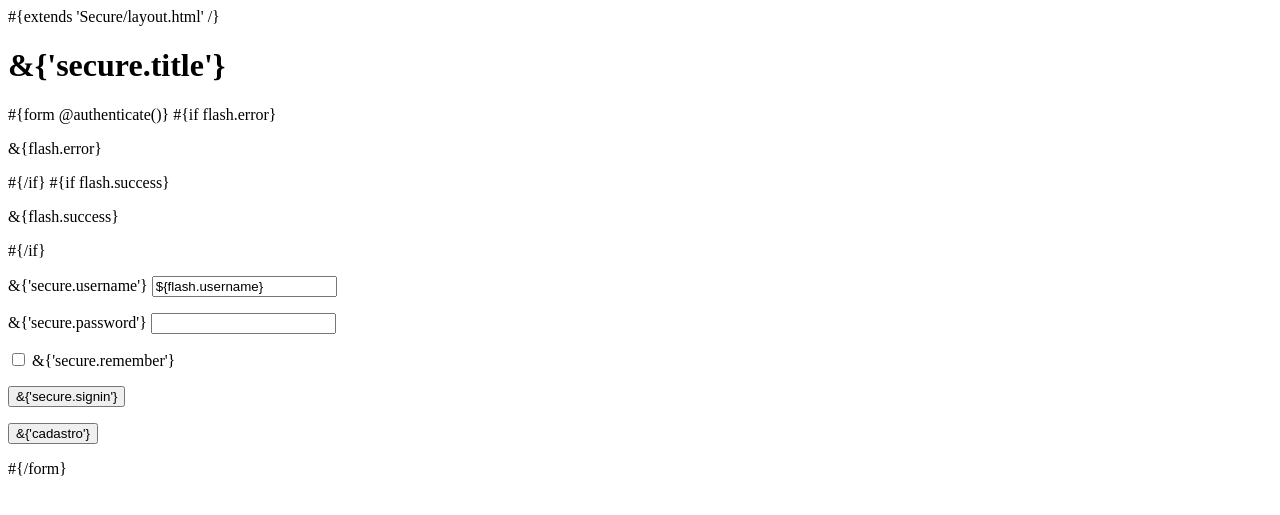
Repository: danilofonte/playframework-tutorial
Page: controleAcesso/eclipse/classes/views/Secure/login.html
The author's editor kept a copy of each file at every save. The page is drawn from the files as they stood at one save, then again after the next save.
The browser window is 1280 px wide. The pictures show the whole page.

Above is the page before, as saved 2014-02-05 15:56:03.

### controleAcesso/eclipse/classes/views/Secure/login.html
#{extends 'Secure/layout.html' /}

<div id="login">

	<h1>&{'secure.title'}</h1>

	#{form @authenticate()}

		#{if flash.error}
			<p class="error">
				&{flash.error}
			</p>
		#{/if}
		#{if flash.success}
			<p class="success">
				&{flash.success}
			</p>
		#{/if}

		<p id="username-field">
			<label for="username">&{'secure.username'}</label>
			<input type="text" name="user.email" id="username" value="${flash.username}" />
		</p>
		<p id="password-field">
			<label for="password">&{'secure.password'}</label>
			<input type="password" name="user.password" id="password" value="" />
		</p>
		<p id="remember-field">
			<input type="checkbox" name="remember" id="remember" value="true" ${flash.remember ? 'checked="true"' : ''} />
			<label for="remember">&{'secure.remember'}</label>
		</p>
		<p id="signin-field">
			<input type="submit" id="signin" value="&{'secure.signin'}" />
		</p>
		<p id="signin-field">
			<a href="@{Application.cadastro()}"><input type="button" id="insert" value="&{'cadastro'}"/></a>
		</p>
	#{/form}
</div>

After the next save:
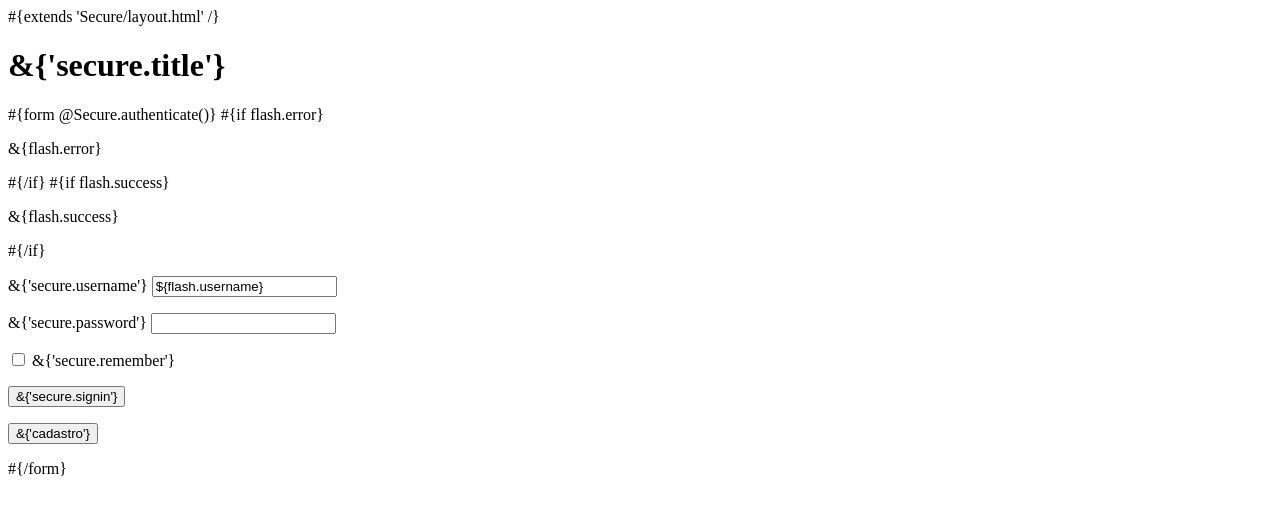
Saved 2 min 0 s later.
--- a/controleAcesso/eclipse/classes/views/Secure/login.html
+++ b/controleAcesso/eclipse/classes/views/Secure/login.html
@@ -4,7 +4,7 @@
 
 	<h1>&{'secure.title'}</h1>
 
-	#{form @authenticate()}
+	#{form @Secure.authenticate()}
 
 		#{if flash.error}
 			<p class="error">
